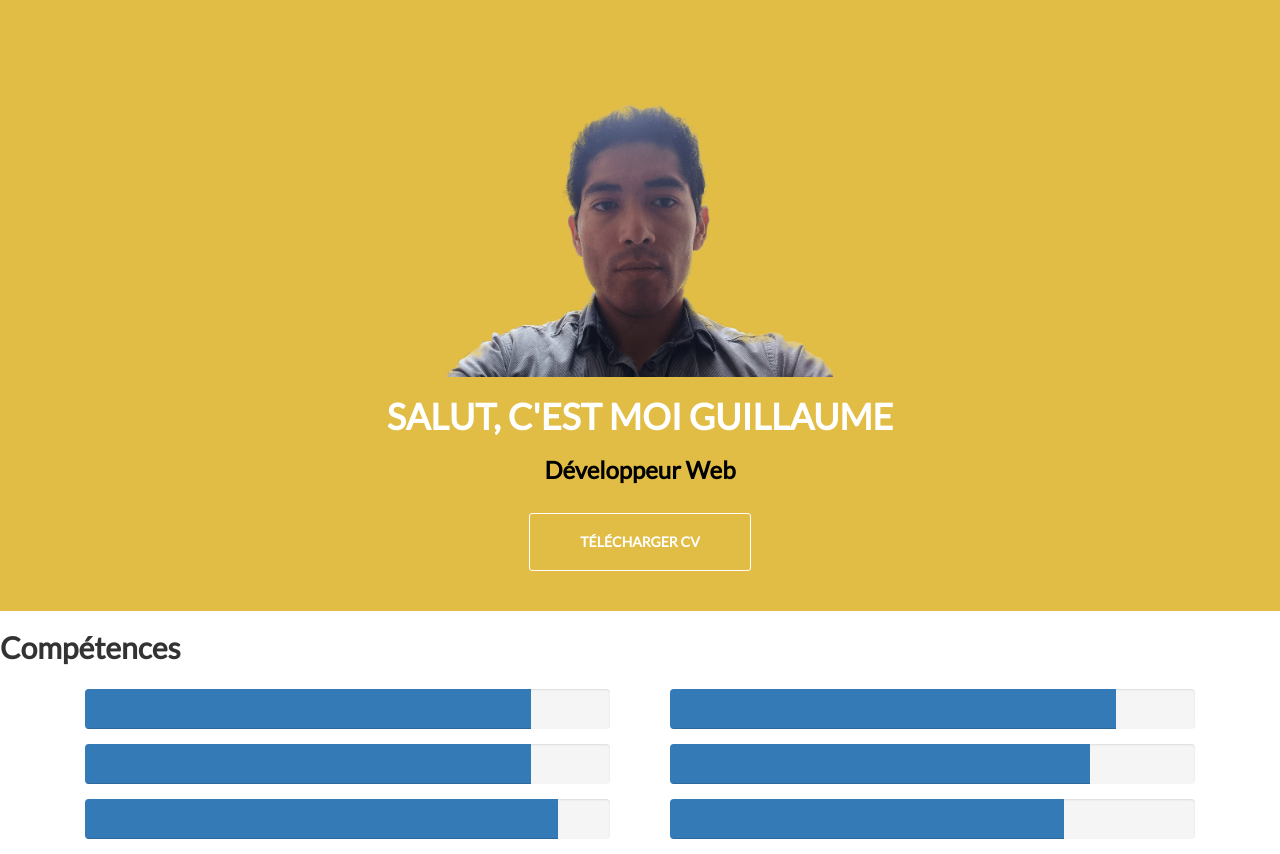
Repository: 0Memo/mon-cv
Page: index.html
An editor plug-in stored every save of this project. The page is shown before and after the next save, followed by the edit.
The browser window is 1280 px wide. The pictures show the whole page.

Above is the page before, as saved 2020-12-28 21:05:38.

After the next save:
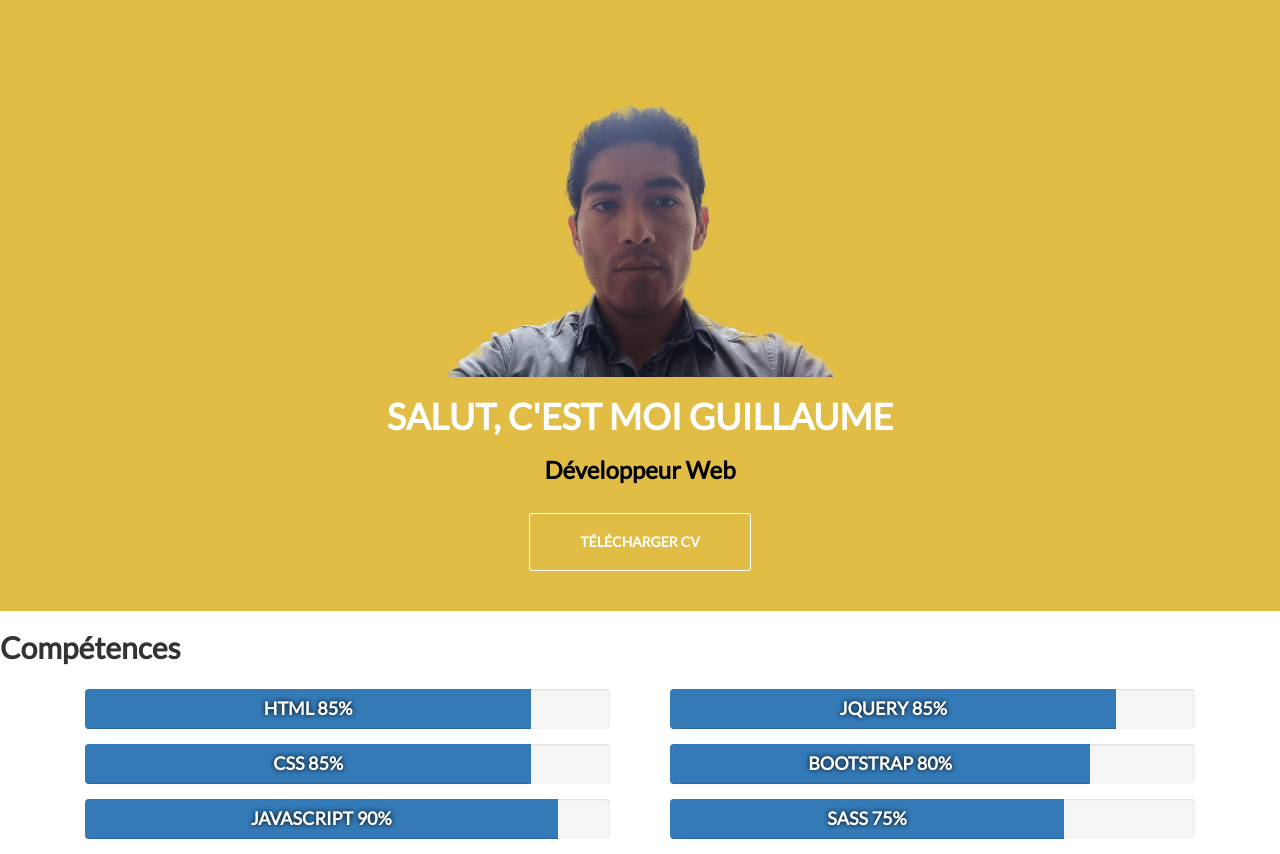
Saved 6 s later.
--- a/css/styles.css
+++ b/css/styles.css
@@ -62,5 +62,5 @@ img {
 #skills .progress .progress-bar h5 {
     text-shadow: 0 0 5px #000;
     font-size: 18px;
-    line-height: 180px;
+    line-height: 18px;
 }
